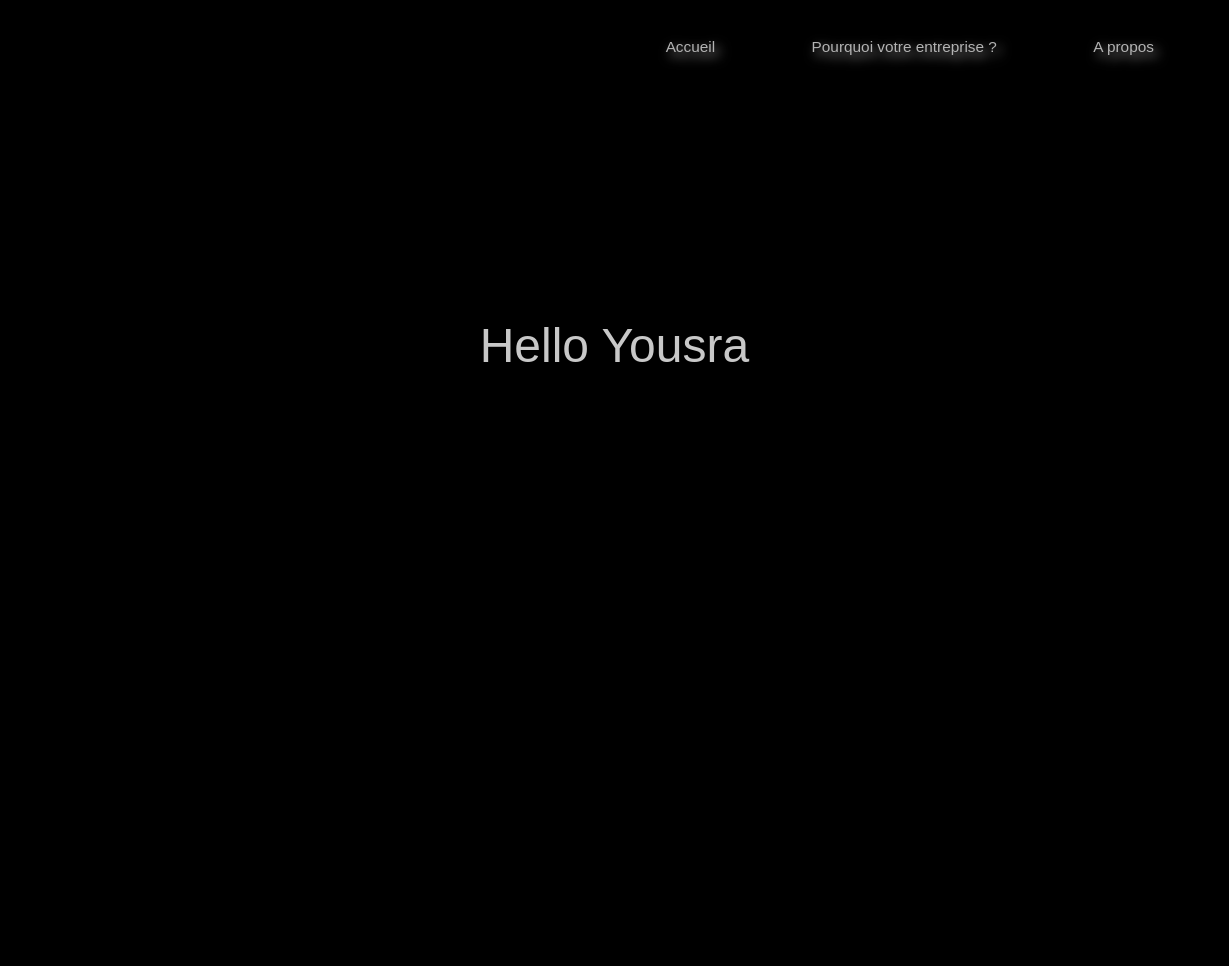
Repository: inessben/application
Page: index.html
These files come from the project's save history. The page is drawn as it stood at one moment and after the next save; the edit follows.
The browser window is 1280 px wide. The pictures show the whole page, at 96% of full size.

Above is the page before, as saved 2023-12-03 20:04:05.

After the next save:
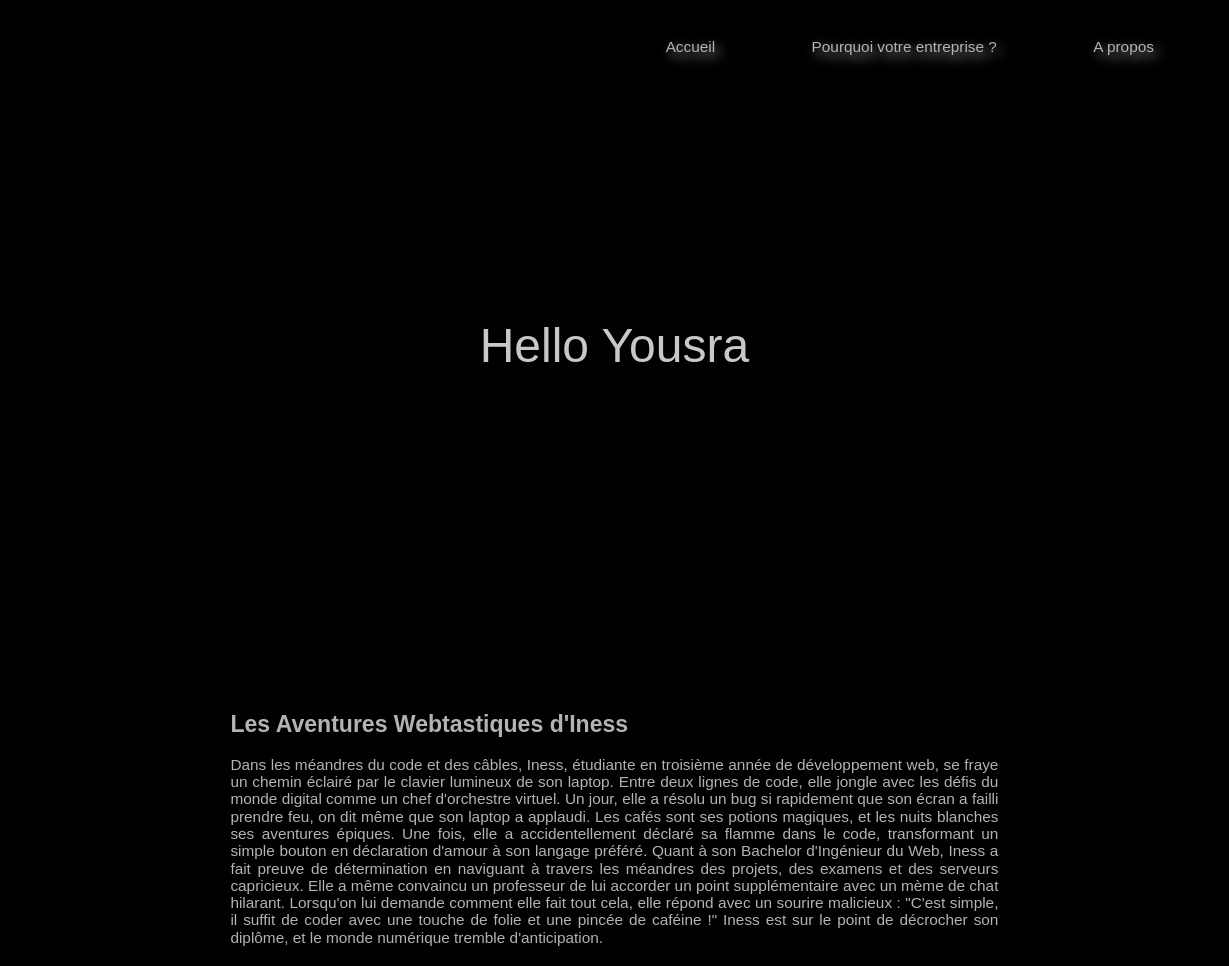
Saved 3 min 24 s later.
--- a/index.css
+++ b/index.css
@@ -46,7 +46,7 @@ body {
     text-align: justify;
     padding: 0 20px;
     /* opacity: 0; */
-    visibility: hidden;
+    /* visibility: hidden; */
     transition: opacity 0.5s ease-in-out;
 }
 
